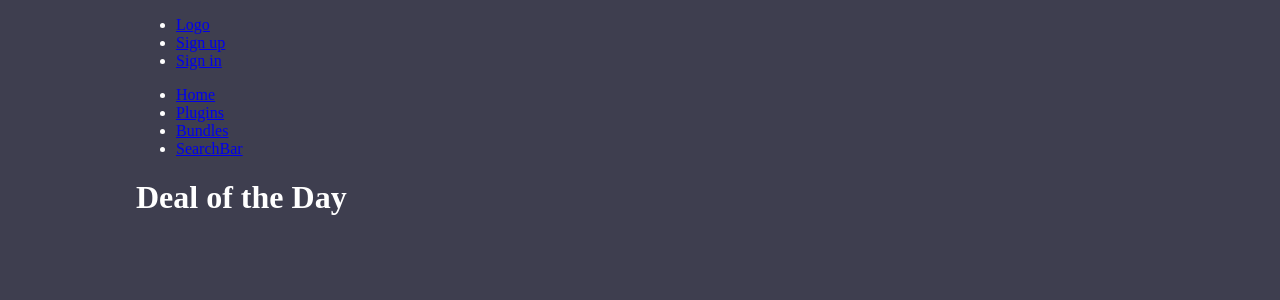
Repository: jigom11791/Wavez
Page: Wavez/Waves-Site/index.html
These files come from the project's save history. The page is drawn as it stood at one moment and after the next save; the edit follows.
The browser window is 1280 px wide. The pictures show the whole page.

Above is the page before, as saved 2020-10-30 17:52:10.

After the next save:
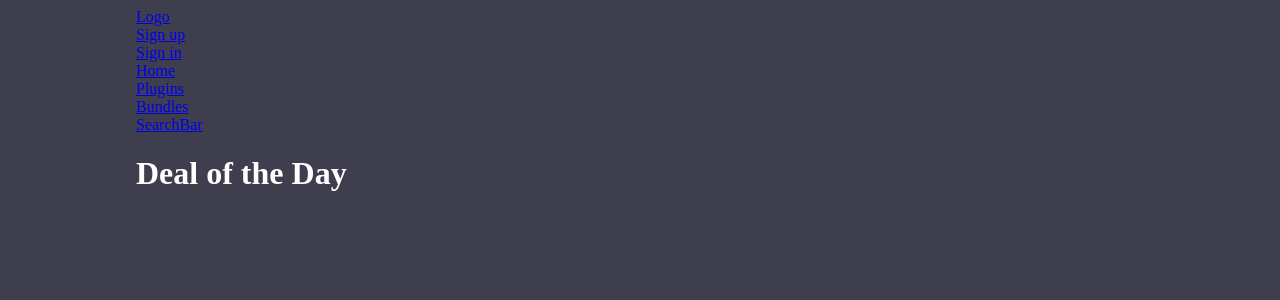
Saved 2 min 47 s later.
--- a/Wavez/Waves-Site/style.css
+++ b/Wavez/Waves-Site/style.css
@@ -7,3 +7,13 @@ body {
     font-style: "Noto sans JP", sans-serif;
     padding: 0% 10%;
 }
+
+ul.topnav, ul.header{
+    list-style-type: none;
+    margin: 0;
+    padding: 0;
+    overflow: hidden;
+}
+li.topnav, li.header {
+    float: left;
+}
